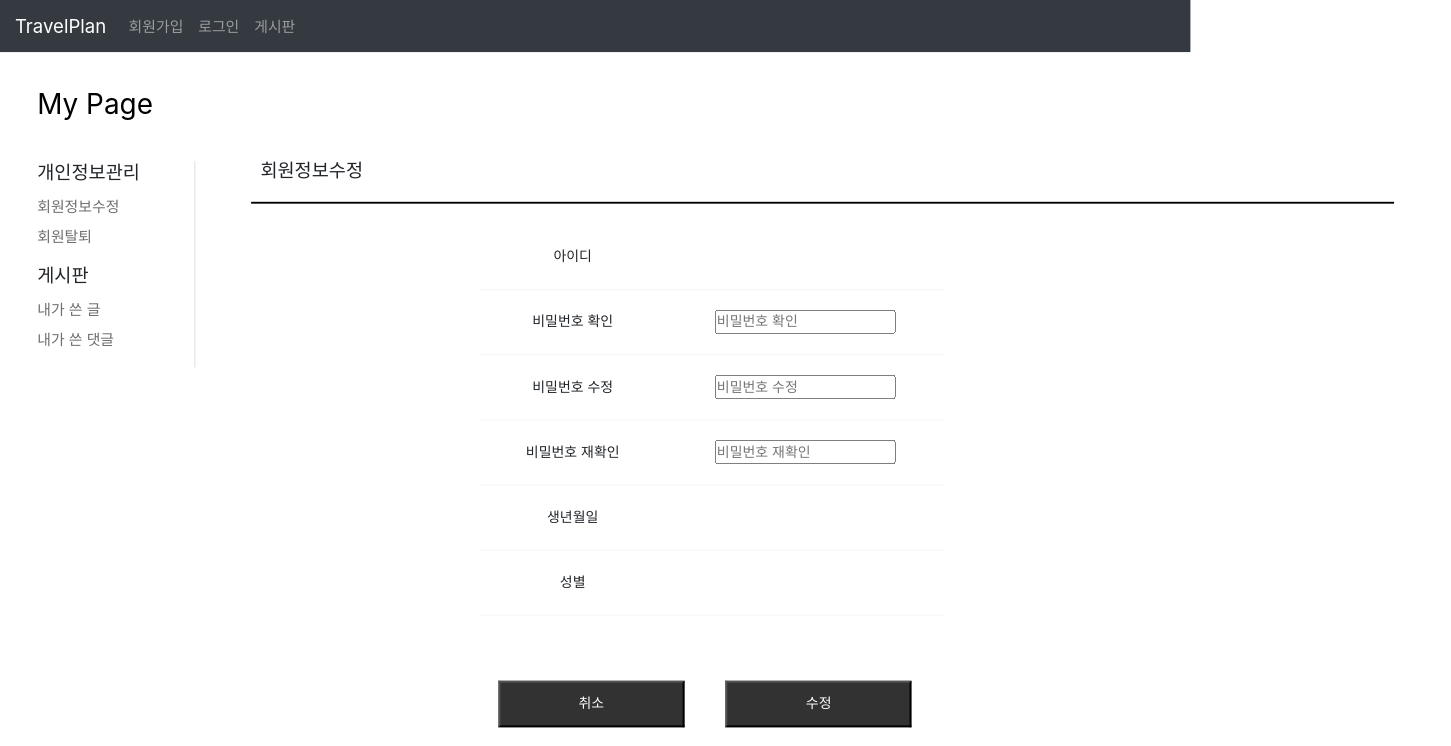
Repository: sna145815/Travel_v1
Page: http://localhost/Travel_v1/mypage
The author's editor kept a copy of each file at every save. The page is drawn from the files as they stood at one save, then again after the next save.
The browser window is 1280 px wide. The page is 1560 px wide, so the pictures cover 1560 px, including what lies to the right of the window. The pictures show the whole page, at 93% of full size.
The page is served by Tomcat 9. Queries for data that is not in the repository find no rows.

Above is the page before, as saved 2022-11-07 07:21:30.

After the next save:
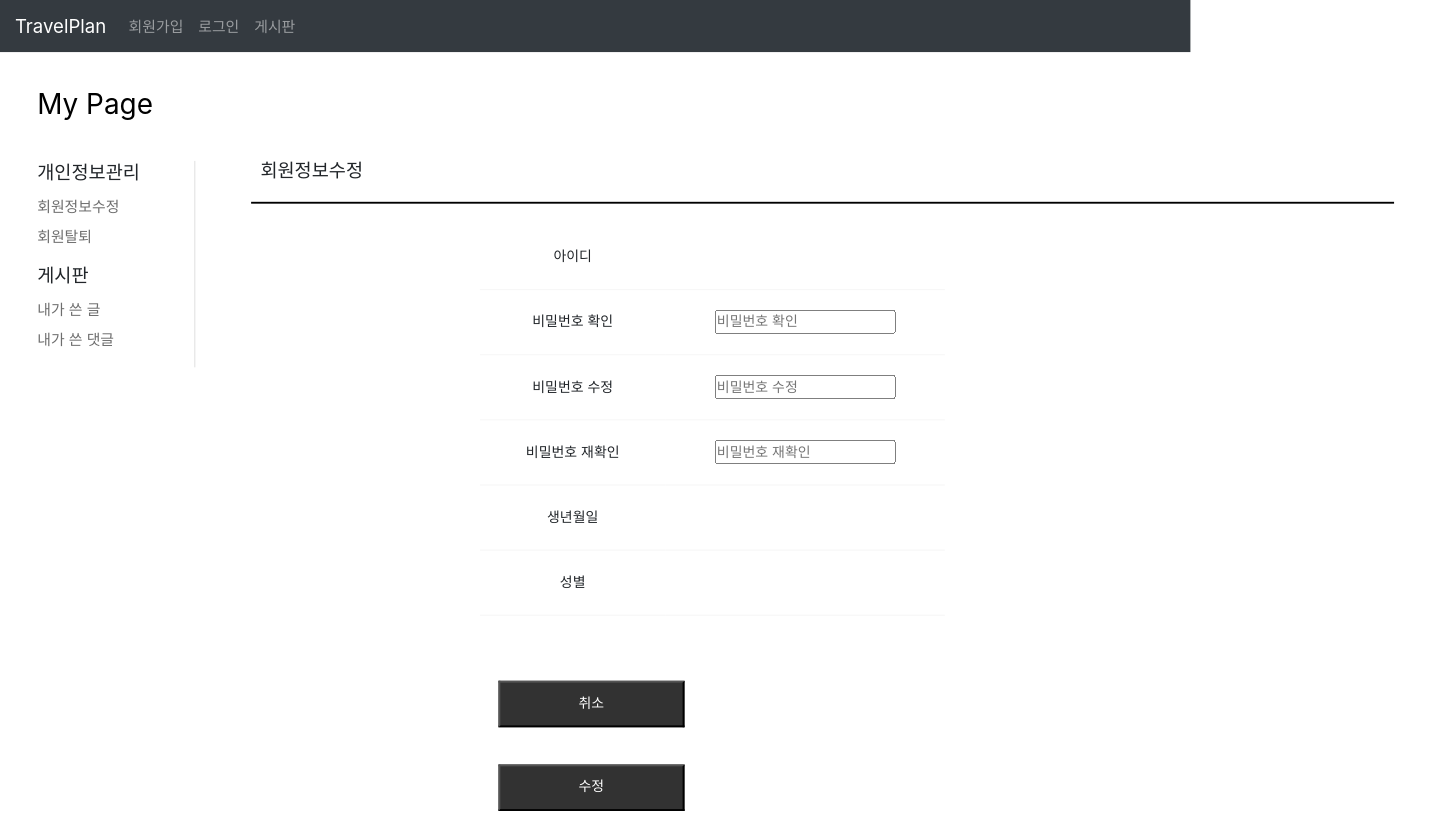
Saved 2 min 12 s later.
--- a/Travel_v1/src/main/webapp/WEB-INF/view/mypage.jsp
+++ b/Travel_v1/src/main/webapp/WEB-INF/view/mypage.jsp
@@ -172,16 +172,17 @@
 								</tr>
 							</table>
 						</div>
-						<form method="post">
-							<div class="button">
+
+						<div class="button">
+							<span>
+								<button type="submit" class="btn_cancel" onclick="location.reload()">취소</button>
+							</span>
+							<form action="/update" method="post">
 								<span>
-									<button type="submit" class="btn_cancel" onclick="location.reload()">취소</button>
+								<button type="submit" class="btn_update">수정</button>
 								</span>
-								<span>
-									<button type="submit" class="btn_update" onclick='location.href="/update";'>수정</button>
-								</span>
-							</div>
-						</form>
+							</form>
+						</div>
 					</section>
 				</div>
 			</div>

After the save that followed:
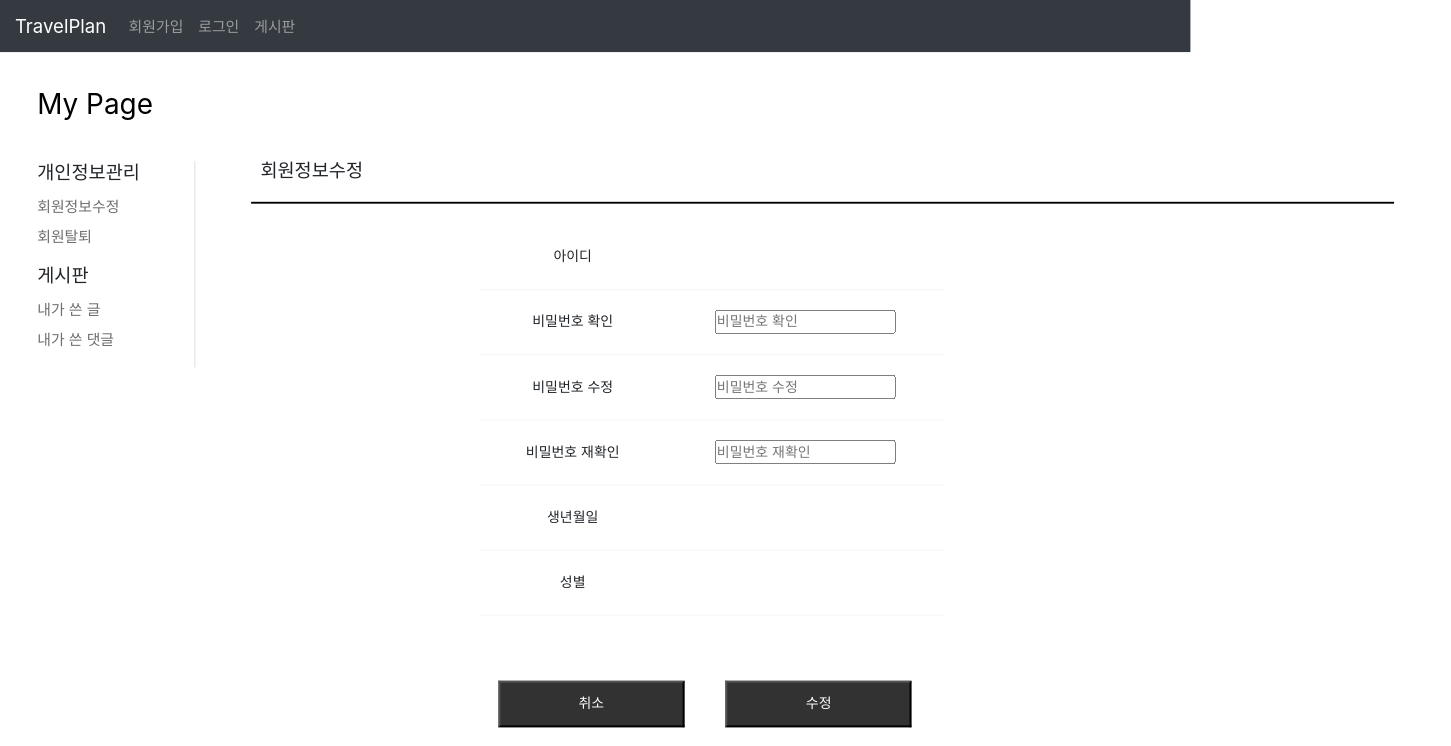
Saved 11 min 28 s later.
--- a/Travel_v1/src/main/webapp/WEB-INF/view/mypage.jsp
+++ b/Travel_v1/src/main/webapp/WEB-INF/view/mypage.jsp
@@ -177,11 +177,9 @@
 							<span>
 								<button type="submit" class="btn_cancel" onclick="location.reload()">취소</button>
 							</span>
-							<form action="/update" method="post">
-								<span>
-								<button type="submit" class="btn_update">수정</button>
-								</span>
-							</form>
+							<span>
+								<button type="submit" class="btn_update" onclick="location.href = '/update';">수정</button>
+							</span>
 						</div>
 					</section>
 				</div>
